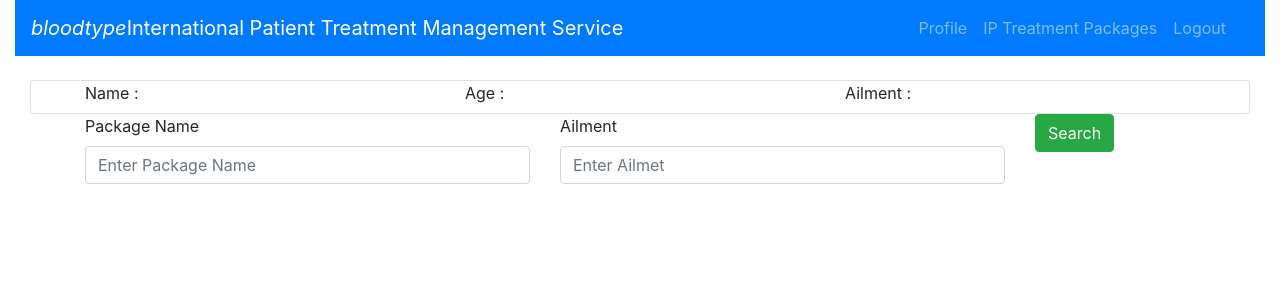
Repository: Vineet2408/POD-Cognizant
Page: http://localhost/iptms-UIportal/WEB-INF/view/IPTreatmentPackagesServices.jsp
These files come from the project's save history. The page is drawn as it stood at one moment and after the next save; the edit follows.
The browser window is 1280 px wide. The pictures show the whole page.
The page is served by Tomcat 9. Nobody is signed in. The template is opened directly, without the code that normally fills it, so the values that code supplies are empty.

Above is the page before, as saved 2021-03-07 15:58:08.

After the next save:
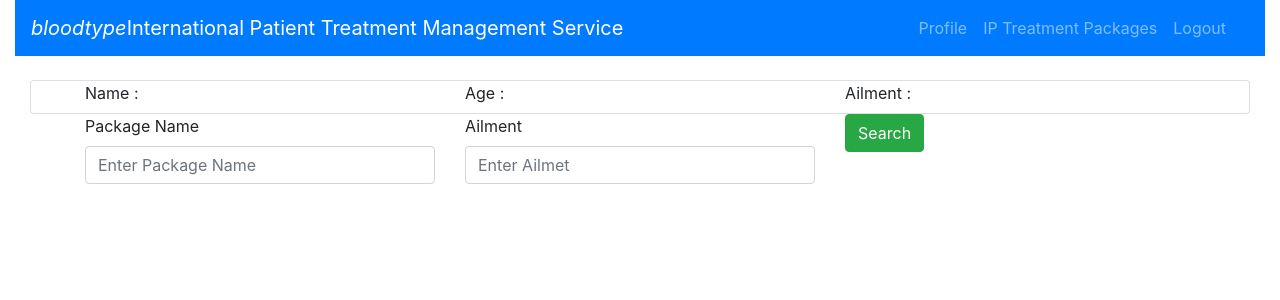
Saved 9 s later.
--- a/iptms-UIportal/src/main/webapp/WEB-INF/view/IPTreatmentPackagesServices.jsp
+++ b/iptms-UIportal/src/main/webapp/WEB-INF/view/IPTreatmentPackagesServices.jsp
@@ -37,13 +37,13 @@
 		<form action="/searchPackage">
 			<div class="container">
 				<div class="row">
-					<div class="col-md-5">
+					<div class="col-md-4">
 
 						<label for="packageName">Package Name</label>
 						<input type="text" class="form-control" id="packageName" name="packageName" placeholder="Enter Package Name">
 
 					</div>
-					<div class="col-md-5">
+					<div class="col-md-4">
 
 						<label for="ailmet">Ailment</label>
 						<input type="text" class="form-control" id="ailmet" name="ailmet" placeholder="Enter Ailmet">
